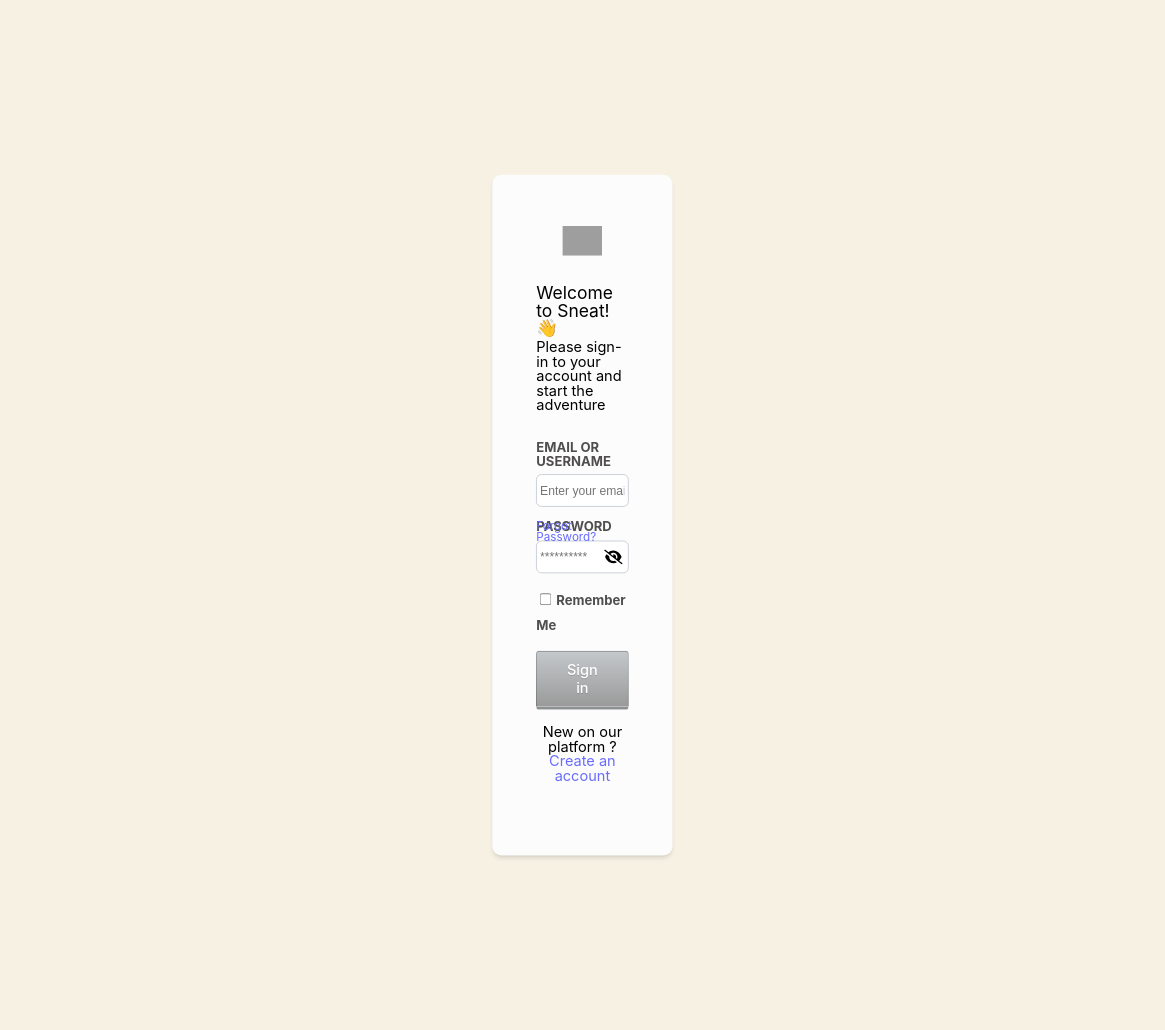
Repository: LeeYuNa0402/pokemon_vite
Page: /Login
The author's editor kept a copy of each file at every save. The page is drawn from the files as they stood at one save, then again after the next save.
The browser window is 1280 px wide. The pictures show the whole page, at 91% of full size.
Pictures or frames that could not be fetched are drawn as grey boxes. The project was rebuilt for these pictures with package versions that can differ from the ones it lists, and the page was loaded fresh each time. Also part of the build but not shown: vite.config.ts, src/CombineMenu.tsx, src/Loading.tsx, src/PokemonList.tsx, src/App.tsx, src/css/pokemon_type.css, src/PokemonDetail.tsx, src/LoginInfo.tsx.

Above is the page before, as saved 2023-10-05 17:21:08.

### src/main.tsx
// import React from "react";
// import ReactDOM from "react-dom/client";
// import App from "./App.tsx";
// import "./index.css";

// ReactDOM.createRoot(document.getElementById("root")!).render(
//   <>
//     <App />
//   </>
// );

import ReactDOM from "react-dom/client";
import "./index.css";
import App from "./App";
import PokemonDetail from "./PokemonDetail";
import Login from "./Login";
import LoginInfo from "./LoginInfo";

import { createBrowserRouter, RouterProvider } from "react-router-dom";

const router = createBrowserRouter([
  {
    path: "/",
    element: <App />,
  },
  {
    path: ":name",
    element: <PokemonDetail />,
  },
  {
    path: "Login",
    element: <Login />,
  },
  {
    path: "LoginInfo",
    element: <LoginInfo />,
  },
]);

// const router = createBrowserRouter([
//   {
//     path: "/",
//     element: <Login />,
//   },
//   {
//     path: ":name",
//     element: <PokemonDetail />,
//   },
//   {
//     path: "App",
//     element: <App />,
//   },
//   {
//     path: "LoginInfo",
//     element: <LoginInfo />,
//   },
// ]);

const root = ReactDOM.createRoot(
  document.getElementById("root") as HTMLElement
);
root.render(<RouterProvider router={router} />);

### src/Login.tsx
import React, { useState, useEffect } from "react";
import { Link, useNavigate } from "react-router-dom";
import { faEyeSlash } from "@fortawesome/free-solid-svg-icons";
import { FontAwesomeIcon } from "@fortawesome/react-fontawesome";

const Login = () => {
  const navigate = useNavigate();
  const [email, setEmail] = useState("");
  const [pw, setPw] = useState("");
  const [notAllow, setNotAllow] = useState(true);
  const [saveIDFlag, setSaveIDFlag] = useState(false);
  //   const icon = faEye;

  const [showPswd, setShowPswd] = useState(false);

  const handleEmail = (e: React.ChangeEvent<HTMLInputElement>) => {
    setEmail(e.target.value);
  };

  const handlePassword = (e: React.ChangeEvent<HTMLInputElement>) => {
    setPw(e.target.value);
  };

  //   console.log(email, "email");
  //   console.log(pw, "pw");

  useEffect(() => {
    if (email == "" || pw == "") {
      setNotAllow(true);
      return;
    } else {
      setNotAllow(false);
    }
  }, [email, pw]);

  const saveEmail = () => {
    localStorage.setItem("key", email);
    setSaveIDFlag(!saveIDFlag);
  };

  const login = () => {
    if (true) {
      if (saveIDFlag) {
        localStorage.setItem("key", email);
        console.log(localStorage.getItem("key"));
        navigate("/", { state: { email: email } });
      } else {
        sessionStorage.setItem("key", email);
        console.log(sessionStorage.getItem("key"), "<--sessionStorage");
        navigate("/", { state: { email: email } });
      }
    }
  };

  // console.log(saveIDFlag);

  const toggleShowPswd = () => {
    setShowPswd(!showPswd);
  };

  return (
    <div className="Login">
      <div className="login-cont">
        <img
          className="pokemon-logo"
          src="https://lh3.googleusercontent.com/3TSaKxXGo2wT0lu0AyNUBnkk6wkCC2AzOhJyy3JXIPm-AmZ1k9DSAroWeBUyePswCZSs5lVp3mPF7HzUpY9VPlyOV5eddITONINr3WSqLNLm=e365-w1860"
        />
        {/* <h1 className="login-tit">Pokemon Login</h1> */}

        <h2>Welcome to Sneat! 👋</h2>
        <p>Please sign-in to your account and start the adventure</p>

        <form>
          <label htmlFor="id" className="form-label">
            EMAIL OR USERNAME
          </label>
          <input
            type="text"
            id="id"
            placeholder="Enter your email or username"
            value={email}
            onChange={handleEmail}
          />

          <div className="password-wrap">
            <label htmlFor="password" className="form-label">
              PASSWORD
            </label>
            <Link to="/ForgotPassword" className="forgot-pass">
              Forgot Password?
            </Link>
            <input
              // type="password"
              type={showPswd ? "text" : "password"}
              id="password"
              placeholder="**********"
              value={pw}
              onChange={handlePassword}
            />
            <FontAwesomeIcon
              className="fontawesome-eye"
              icon={faEyeSlash}
              onClick={toggleShowPswd}
            />
          </div>

          <label className="check-remember">
            <input
              type="checkbox"
              value="Remember-Me"
              onChange={saveEmail}
              checked={saveIDFlag}
            />
            Remember Me
          </label>
        </form>

        <button disabled={notAllow} className="sign-in" onClick={login}>
          Sign in
        </button>

        <div className="create-account-wrap">
          New on our platform ?{" "}
          <Link className="create-account" to="/Createaccount">
            Create an account{" "}
          </Link>
        </div>
      </div>
    </div>
  );
};

export default Login;

### src/css/reset.css
html,
body,
div,
span,
applet,
object,
iframe,
h1,
h2,
h3,
h4,
h5,
h6,
p,
blockquote,
pre,
a,
abbr,
acronym,
address,
big,
cite,
code,
del,
dfn,
em,
img,
ins,
kbd,
q,
s,
samp,
small,
strike,
strong,
sub,
sup,
tt,
var,
b,
u,
i,
center,
dl,
dt,
dd,
ol,
ul,
li,
fieldset,
form,
label,
legend,
table,
caption,
tbody,
tfoot,
thead,
tr,
th,
td,
article,
aside,
canvas,
details,
embed,
figure,
figcaption,
footer,
header,
hgroup,
menu,
nav,
output,
ruby,
section,
summary,
time,
mark,
audio,
video {
  margin: 0;
  padding: 0;
  border: 0;
  font-size: 100%;
  font: inherit;
  vertical-align: baseline;
  /* color: #000; */
}
/* HTML5 display-role reset for older browsers */
article,
aside,
details,
figcaption,
figure,
footer,
header,
hgroup,
menu,
nav,
section {
  display: block;
}
body {
  line-height: 1;
}
ol,
ul {
  list-style: none;
}
blockquote,
q {
  quotes: none;
}
blockquote:before,
blockquote:after,
q:before,
q:after {
  content: "";
  content: none;
}
table {
  border-collapse: collapse;
  border-spacing: 0;
}

### src/css/style.css
#root {
  display: flex;
  justify-content: center;
  align-items: flex-start;
  /* height: 100vh; */
  /* background-color: rgba(26, 82, 142, 1);
    background-image: linear-gradient(to top, #304667, #041f4c);
    background: linear-gradient(to top, #304667, rgba(66, 16, 100, 0.6)),
      url(../image/cloude.png) no-repeat right 0; */
  background-color: #f6f1e3;
  /* padding: 8rem 0 8rem; */
  min-height: 100vh;
  width: 100%;
}

.pokemon-detail {
  text-align: center;
  width: 41%;
  background-color: #fcfcfc;
  border-radius: 20px;
  padding: 4rem 0;
  --tw-shadow: 0 4px 6px -1px rgb(0 0 0 / 0.1), 0 2px 4px -2px rgb(0 0 0 / 0.1);
  --tw-shadow-colored: 0 4px 6px -1px var(--tw-shadow-color),
    0 2px 4px -2px var(--tw-shadow-color);
  box-shadow: var(--tw-ring-offset-shadow, 0 0 #0000),
    var(--tw-ring-shadow, 0 0 #0000), var(--tw-shadow);
}

.pokemon-detail .name {
  font-size: 2rem;
  font-weight: bold;
  color: #746b4a;
}

.pokemon-detail .detail-img {
  width: 20%;
  border: 1px solid #8d7e49;
  margin: 1rem 0;
  --tw-shadow: 0 4px 6px -1px rgb(0 0 0 / 0.1), 0 2px 4px -2px rgb(0 0 0 / 0.1);
  --tw-shadow-colored: 0 4px 6px -1px var(--tw-shadow-color),
    0 2px 4px -2px var(--tw-shadow-color);
  box-shadow: var(--tw-ring-offset-shadow, 0 0 #0000),
    var(--tw-ring-shadow, 0 0 #0000), var(--tw-shadow);
  border-radius: 2%;
}

.pokemon-detail .characteristic {
  color: #282828;
}

.pokemon-detail .go-back-btn {
  position: absolute;
  top: 31%;
  left: 68.4%;
  transform: translate(-50%);
  background-color: #484848;
  /* width: 35px; */
  /* height: 35px; */
  border: none;
  border: 1px solid #484848;
  cursor: pointer;
  border-radius: 5px;
  transition: 0.3s;
  color: #fff;
  padding: 0.4rem 0.8rem;
}

.pokemon-detail .go-back-btn:hover {
  background-color: #fff;
  color: #000;
}

.pokemon-list {
  /* max-width: 1400px; */
  width: 100%;
  width: 1400px;
  margin-top: 11%;
}

.pokemon-list h1 {
  /* color: #ffc400;
    list-style: none;
    padding-left: 0px;
    text-align: center;
    margin-top: 0;
    font-size: 3rem;
    font-weight: bold; */
  /* padding-top: 5rem; */
}

.pokemon-list .order {
  font-size: 0.9rem;
  color: #b0a48b;
  position: absolute;
  top: 5%;
  left: 5%;
}

.main-tit {
  text-align: center;
  color: #4c411a;
  font-size: 3rem;
  font-weight: bold;
}

.pokemon-cont {
  display: flex;
  justify-content: flex-start;
  align-items: center;
  flex-wrap: wrap;
  list-style: none;
  padding-left: 0px;
  margin-top: 3rem;
  padding-bottom: 9rem;
}

.pokemon-cont li {
  position: relative;
  background-color: #fcfcfc;
  width: 24%;
  padding: 2rem 1rem;
  margin-bottom: 1rem;
  margin-right: 1%;
  text-align: center;
  cursor: pointer;
  transition: 0.3s;
  color: #6e623c;
  font-weight: bold;
  font-size: 1.1rem;
  --tw-shadow: 0 4px 6px -1px rgb(0 0 0 / 0.1), 0 2px 4px -2px rgb(0 0 0 / 0.1);
  --tw-shadow-colored: 0 4px 6px -1px var(--tw-shadow-color),
    0 2px 4px -2px var(--tw-shadow-color);
  box-shadow: var(--tw-ring-offset-shadow, 0 0 #0000),
    var(--tw-ring-shadow, 0 0 #0000), var(--tw-shadow);
  border-radius: 18px;
  box-sizing: border-box;
}

.pokemon-cont li:hover {
  transform: scale(1.05);
}

.pokemon-cont li:nth-child(4n) {
  margin-right: 0;
}

.pokemon-detail {
  text-align: center;
  margin: 29vh 0;
}
.pokemon-name {
  font-size: 2rem;
  font-weight: bold;
  color: #ffc400;
}

.main-cha {
  border: 1px solid gray;
  padding: 3rem;
  margin: 1rem 0;
  transition: 0.2s;
  --tw-shadow: 0 4px 6px -1px rgb(0 0 0 / 0.1), 0 2px 4px -2px rgb(0 0 0 / 0.1);
  --tw-shadow-colored: 0 4px 6px -1px var(--tw-shadow-color),
    0 2px 4px -2px var(--tw-shadow-color);
  box-shadow: var(--tw-ring-offset-shadow, 0 0 #0000),
    var(--tw-ring-shadow, 0 0 #0000), var(--tw-shadow);
}

.main-cha:hover {
}

.s-cha {
  border: 1px solid #e8e8e8;
  padding: 1rem;
  margin-right: 1%;
  background-color: #fafafa;
  transition: 0.2s;
  margin-top: 3rem;
}
.s-cha:last-child {
  margin-right: 0;
  margin-top: 1%;
}
.s-cha:hover {
  --tw-shadow: 0 4px 6px -1px rgb(0 0 0 / 0.1), 0 2px 4px -2px rgb(0 0 0 / 0.1);
  --tw-shadow-colored: 0 4px 6px -1px var(--tw-shadow-color),
    0 2px 4px -2px var(--tw-shadow-color);
  box-shadow: var(--tw-ring-offset-shadow, 0 0 #0000),
    var(--tw-ring-shadow, 0 0 #0000), var(--tw-shadow);
}

.abilities {
  display: flex;
  justify-content: center;
  align-items: center;
}
.abilities > div {
  margin-right: 5px;
}

/* ***********************login 페이지************************* */
.Login {
  /* background-color: #f5f5f9;
    width: 100%;
    height: 100vh;
    padding-top: 23vh; */
  padding: 12rem 0;
}
.login-cont {
  background-color: #fcfcfc;
  width: 20%;
  margin: 0 auto;
  padding: 1rem;
  /* text-align: center; */
  padding: 3.5rem 3rem 5rem;
  --tw-shadow: 0 4px 6px -1px rgb(0 0 0 / 0.1), 0 2px 4px -2px rgb(0 0 0 / 0.1);
  --tw-shadow-colored: 0 4px 6px -1px var(--tw-shadow-color),
    0 2px 4px -2px var(--tw-shadow-color);
  box-shadow: var(--tw-ring-offset-shadow, 0 0 #0000),
    var(--tw-ring-shadow, 0 0 #0000), var(--tw-shadow);
  border-radius: 10px;
  color: #000;
}

.forgot-pass {
  position: absolute;
  right: 0;
  top: 0;
  color: #696cff;
  font-size: 0.8rem;
}

.password-wrap {
  position: relative;
}
.fontawesome-eye {
  position: absolute;
  right: 2%;
  padding: 5px;
  /* border: 1px solid red; */
  top: 37%;
  cursor: pointer;
}
.Login .pokemon-logo {
  width: 43%;
  display: block;
  margin: 0 auto 2rem;
}

.Login h2 {
  font-size: 1.2rem;
  margin-bottom: 0.2rem;
}

.Login p {
  font-size: 1rem;
}
.Login form {
  margin: 2rem 0 1.3rem;
}
.Login form input {
  width: 100%;
  padding: 0.6rem 0.2rem;
  margin-top: 7px;
  border-radius: 7px;
  outline: 0;
  border: 1px solid #c7cdd4;
  border-radius: 0.375rem;
  box-sizing: border-box;
}

.Login form input:focus {
  outline: none;
  border-color: #696cff !important;
}

.Login form label {
  display: block;
  text-align: left;
  font-weight: bold;
  color: #4f4d4d;
  cursor: pointer;
}

.Login .sign-in {
  display: block;
  margin: 0 auto;
  background: linear-gradient(to bottom, rgb(57 42 88) 0%, rgb(68 79 116) 100%);
  color: white;
  padding: 10px 30px;
  border: 1px solid rgba(0, 0, 0, 0.21);
  border-bottom: 4px solid rgb(39 49 83);
  border-radius: 4px;
  text-shadow: 0 1px 0 rgba(0, 0, 0, 0.15);
  transition: 0.3s;
  width: 100%;
  cursor: pointer;
}

.Login .sign-in:hover {
  transform: translateY(5px);
  background: linear-gradient(to bottom, rgb(48 34 76) 0%, rgb(60 72 112) 100%);
}

.Login .check-remember input {
  width: auto;
}

.Login label {
  font-size: 0.9rem;
}

.Login input {
  margin-bottom: 15px;
}
.Login input[type="password"] {
  /* margin-bottom: 8px; */
}

.Login input[type="checkbox"] {
  margin-right: 5px;
}

button[disabled] {
  background: linear-gradient(
    to bottom,
    rgb(196 200 203) 0%,
    rgb(154 154 154) 100%
  ) !important;
  cursor: default !important;
  border-bottom: 4px solid rgb(142 145 146) !important;
}
button[disabled]:hover {
  transform: translateY(0) !important;
}
.create-account-wrap {
  text-align: center;
  margin-top: 1rem;
}
.create-account {
  color: #696cff;
}

/* ***********************LoginInfo 페이지************************* */
.logininfo {
  text-align: center;
  background-color: #ededed;
  padding: 5rem;
  border-radius: 15px;

  width: 19%;
}

.logininfo .member {
  font-size: 1.8rem;
  font-weight: bold;
  margin-bottom: 6rem;
}

.logininfo button {
  margin: 0 auto;
  color: white;
  border: 1px solid rgba(0, 0, 0, 0.21);
  border-radius: 4px;
  text-shadow: 0 1px 0 rgba(0, 0, 0, 0.15);
  transition: 0.3s;
  width: 49%;
  cursor: pointer;
  height: 45px;
  line-height: 44px;

  background: linear-gradient(to bottom, rgb(57 42 88) 0%, rgb(68 79 116) 100%);
  border: 1px solid rgba(0, 0, 0, 0.21);
  border-bottom: 4px solid rgb(39 49 83);
}

.logininfo button:first-child {
  margin-right: 1%;
}

/* .combine-menu */
.combine-menu {
  width: 100%;
  position: fixed;
  top: 0;
  height: 60px;
}

.combine-menu .login {
}

.combine-menu .profile {
  color: #fff;
  position: absolute;
  right: 2%;
  top: 50%;
  transform: translateY(-50%);
  display: flex;
  justify-content: space-around;
  align-items: center;
  width: 10%;
}
.combine-menu .profile .profile-name {
  text-shadow: 0 0 4px #fed22c;
  animation: flicker 1.5s infinite alternate;
  display: flex;
  justify-content: center;
  align-items: center;
}

.combine-menu .profile .name img {
  vertical-align: sub;
  margin-right: 5px;
}

@keyframes flicker {
  /* 0%,
    18%,
    22%,
    25%,
    53%,
    57%,
    100% {
      text-shadow: 0 0 4px #fff, 0 0 11px #fff, 0 0 20px rgb(241, 255, 43);
    }
    20%,
    24%,
    55% {
      text-shadow: none;
    } */
  50% {
    /* opacity: 0; */
    text-shadow: none;
  }
}

.combine-menu {
  width: 100%;
  background-color: #282828;
  position: fixed;
  left: 0;
  top: 0;
  display: flex;
  justify-content: center;
  align-items: center;
  color: #fff;
  z-index: 2;
}

.combine-menu .login {
  cursor: pointer;
  color: #fff;
  transition: 0.2s;
}

.combine-menu .login:hover {
  color: #f6c50b;
}

.combine-menu .logo {
  width: 4%;
}

.appear {
  display: block;
}

.disappear {
  display: none;
}

/* loading */
.loading {
  font-size: 4rem;
  color: #000;
  font-weight: bold;
  text-align: center;
}

.pokemon-search {
  text-align: center;
  margin-top: 3rem;
}

.pokemon-search label {
  margin-left: 1rem;
  font-weight: bold;
  color: #5e5534;
}

.pokemon-search input {
  width: 220px;
}
.pokemon-search select {
  width: 80px;
}

.pokemon-search input::placeholder {
  padding-left: 8px;
}

.pokemon-search input,
.pokemon-search select {
  margin-left: 7px;
  border-radius: 5px;
  border: 1px solid #8d8d8d;
  height: 35px;
  background-color: #fffbf0;
  color: #000;
}
.pokemon-search input:focus,
.pokemon-search select:focus {
  outline: none;
}

Loaded but not shown: index.html (common file); src/index.css (common file)

After the next save:
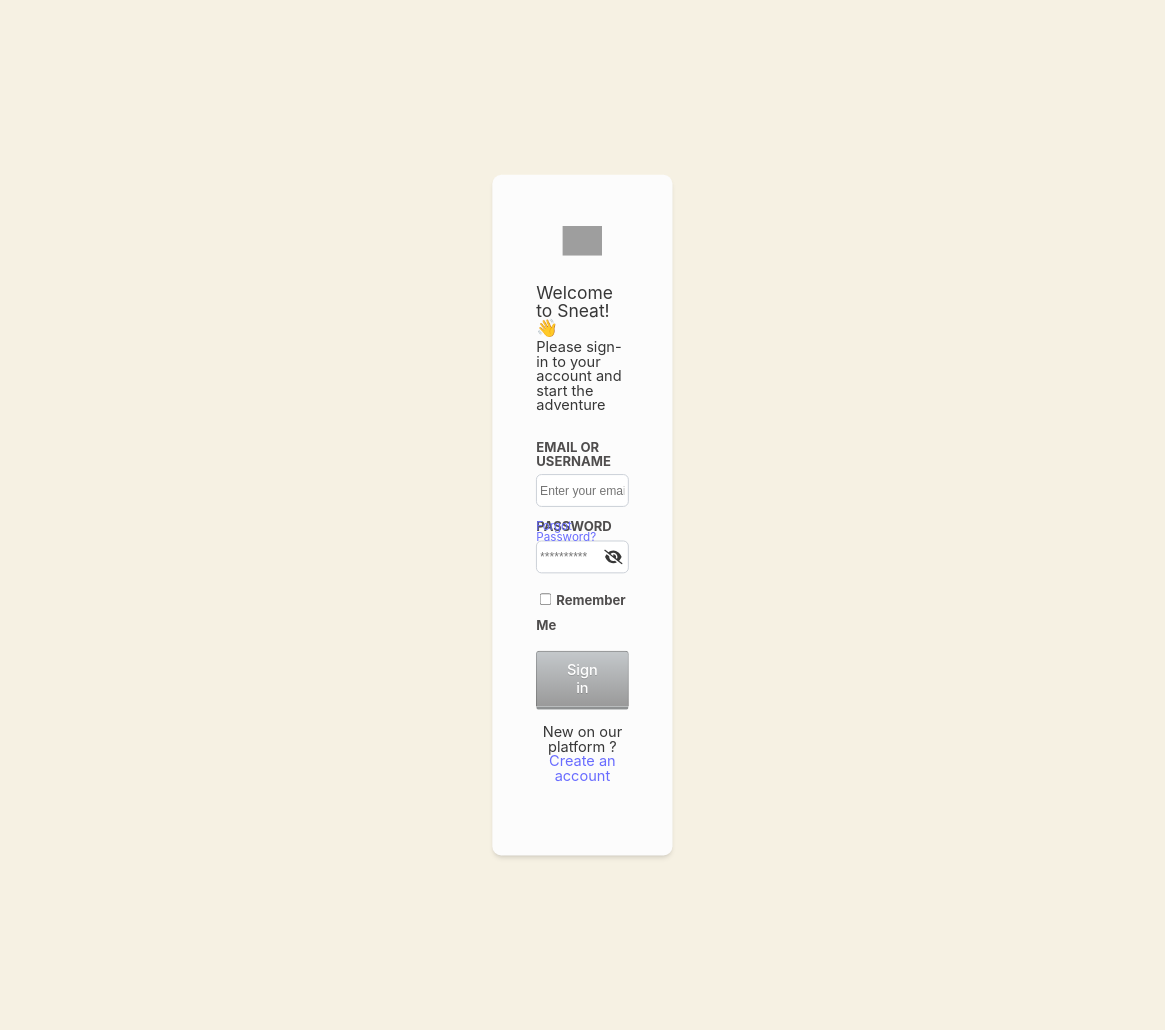
Saved 38 s later.
--- a/src/css/style.css
+++ b/src/css/style.css
@@ -219,7 +219,7 @@
   box-shadow: var(--tw-ring-offset-shadow, 0 0 #0000),
     var(--tw-ring-shadow, 0 0 #0000), var(--tw-shadow);
   border-radius: 10px;
-  color: #000;
+  color: #373737;
 }
 
 .forgot-pass {
